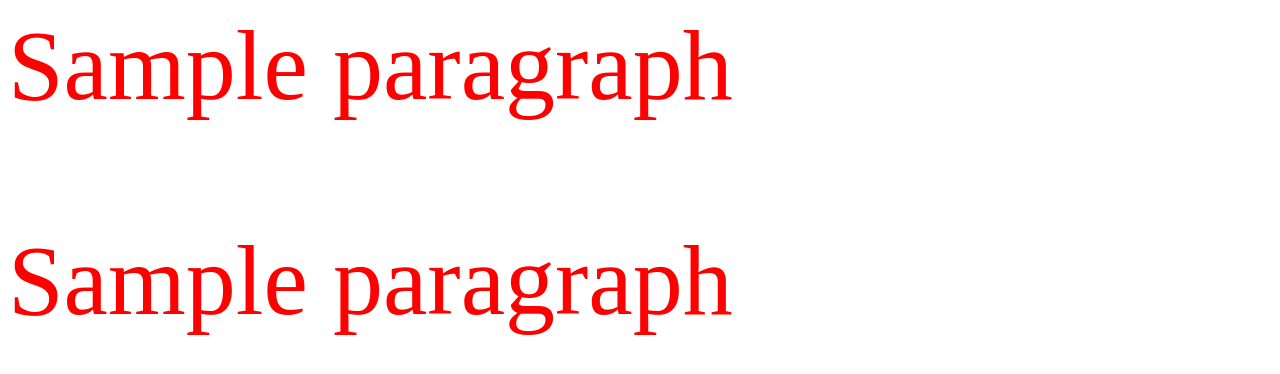
Repository: Sayan-100/Javascript
Page: Javascript Coding/Jquery/Jquery2/index.html
An editor plug-in stored every save of this project. The page is shown before and after the next save, followed by the edit.
The browser window is 1280 px wide. The pictures show the whole page.

Above is the page before, as saved 2022-01-25 21:56:46.

After the next save:
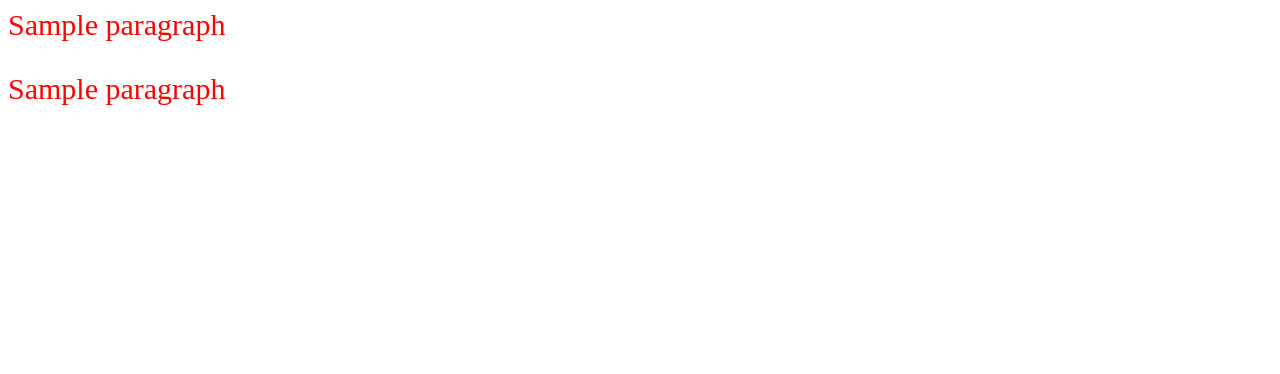
Saved 112 s later.
--- a/Javascript Coding/Jquery/Jquery2/script.js
+++ b/Javascript Coding/Jquery/Jquery2/script.js
@@ -3,6 +3,6 @@
 // $('p').css('fontSize', '30px');
 
 $('p').css({
-    fontSize: "100px",
+    fontSize: "30px",
     color: "red"
 })
